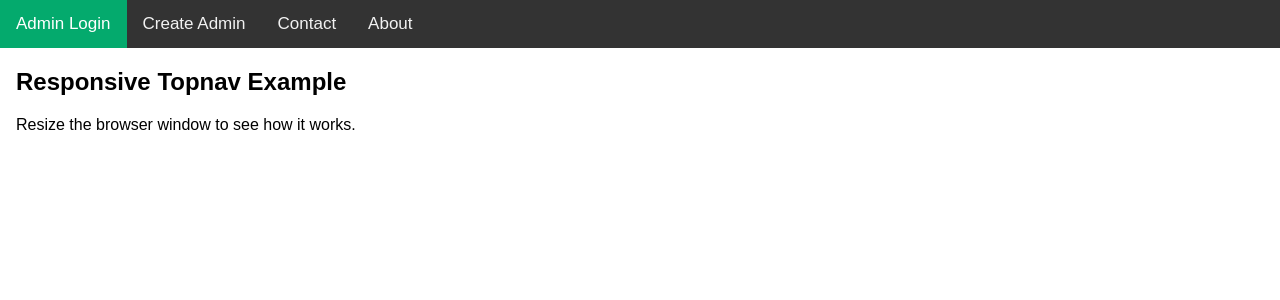
Repository: VetriselvanArumugam/Warehouse-Project
Page: http://localhost/WarehouseProject/WEB-INF/views/index.jsp
These files come from the project's save history. The page is drawn as it stood at one moment and after the next save; the edit follows.
The browser window is 1280 px wide. The pictures show the whole page.
The page is served by Tomcat 9. Nobody is signed in. Other server files are loaded and not shown. The template is opened directly, without the code that normally fills it, so the values that code supplies are empty.

Above is the page before, as saved 2022-08-16 09:51:45.

### Pictures/eclipse-june-workspace/WarehouseProject/src/main/webapp/WEB-INF/views/index.jsp
<!DOCTYPE html>
<html>
<head>
<style>
body {
  margin: 0;
  font-family: Arial, Helvetica, sans-serif;
}

.topnav {
  overflow: hidden;
  background-color: #333;
}

.topnav a {
  float: left;
  display: block;
  color: #f2f2f2;
  text-align: center;
  padding: 14px 16px;
  text-decoration: none;
  font-size: 17px;
}

.topnav a:hover {
  background-color: #ddd;
  color: black;
}

.topnav a.active {
  background-color: #04AA6D;
  color: white;
}

.topnav .icon {
  display: none;
}

@media screen and (max-width: 600px) {
  .topnav a:not(:first-child) {display: none;}
  .topnav a.icon {
    float: right;
    display: block;
  }
}

@media screen and (max-width: 600px) {
  .topnav.responsive {position: relative;}
  .topnav.responsive .icon {
    position: absolute;
    right: 0;
    top: 0;
  }
  .topnav.responsive a {
    float: none;
    display: block;
    text-align: left;
  }
}
</style>
</head>
<body>
<div class="topnav" id="myTopnav">
  <a href="/adminlogin" class="active">Admin Login</a>
  <a href="/addadmin">Create Admin</a>
  <a href="#contact">Contact</a>
  <a href="#about">About</a>
  <a href="javascript:void(0);" class="icon" onclick="myFunction()">
    <i class="fa fa-bars"></i>
  </a>
</div>

<div style="padding-left:16px">
  <h2>Responsive Topnav Example</h2>
  <p>Resize the browser window to see how it works.</p>
</div>

<script>
function myFunction() {
  var x = document.getElementById("myTopnav");
  if (x.className === "topnav") {
    x.className += " responsive";
  } else {
    x.className = "topnav";
  }
}
</script>
</body>
</html>

After the next save:
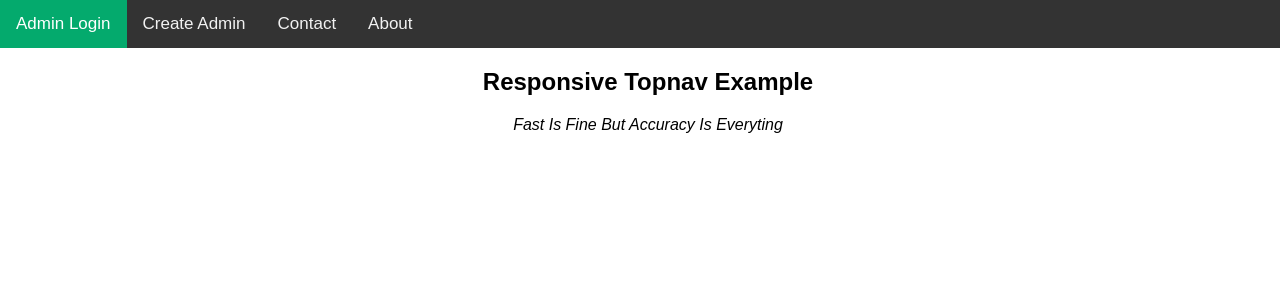
Saved 18 min 11 s later.
--- a/Pictures/eclipse-june-workspace/WarehouseProject/src/main/webapp/WEB-INF/views/index.jsp
+++ b/Pictures/eclipse-june-workspace/WarehouseProject/src/main/webapp/WEB-INF/views/index.jsp
@@ -70,9 +70,9 @@ body {
   </a>
 </div>
 
-<div style="padding-left:16px">
+<div style="padding-left:16px; text-align:center;">
   <h2>Responsive Topnav Example</h2>
-  <p>Resize the browser window to see how it works.</p>
+  <p > <em> Fast Is Fine But Accuracy Is Everyting </em> </p>
 </div>
 
 <script>
